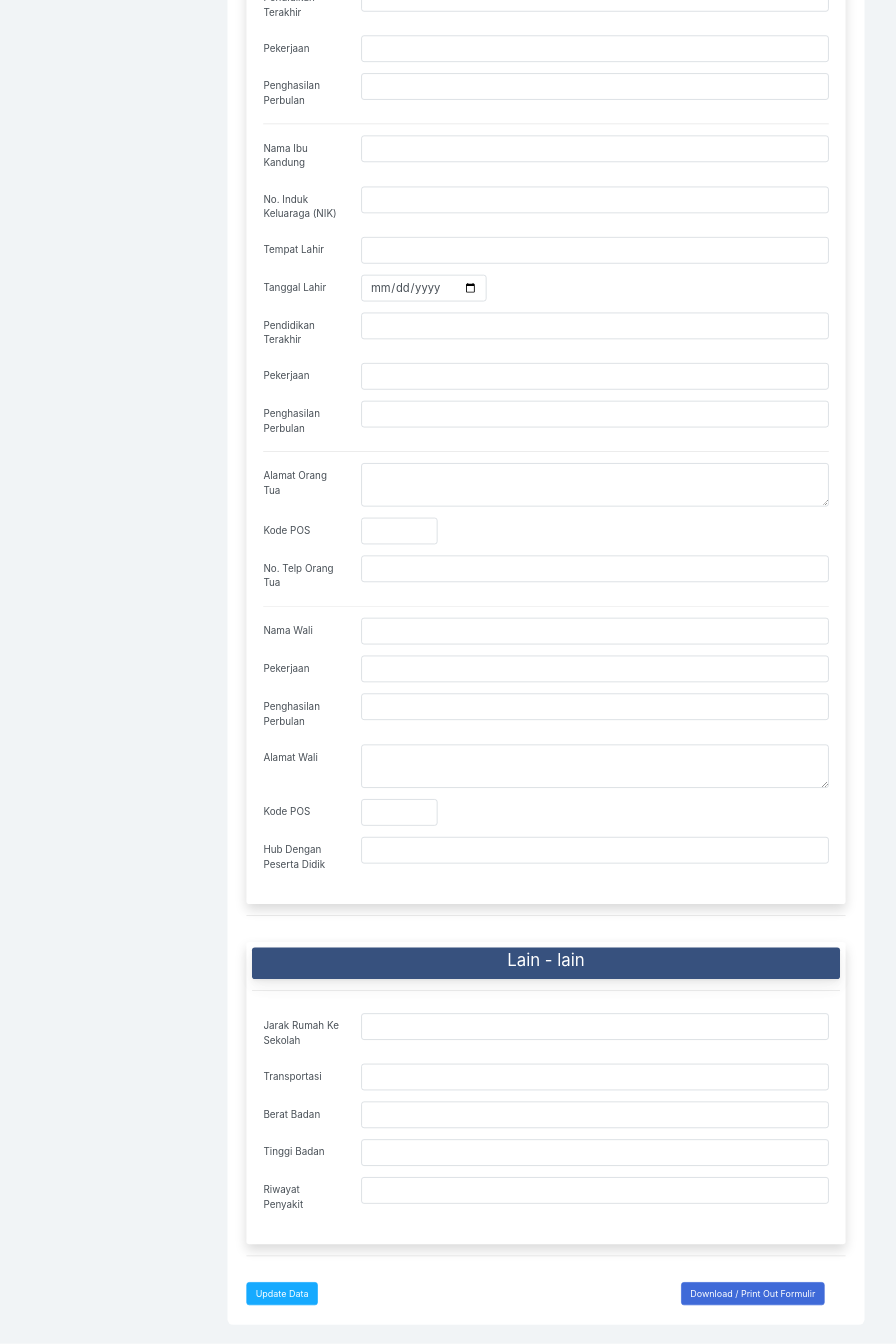
Repository: nooravipp-ux/ppdb-v-2
Page: resources/views/student/biodata.blade.php
An editor plug-in stored every save of this project. The page is shown before and after the next save, followed by the edit.
The browser window is 1280 px wide. The pictures show the part of the page from y = 2291 to 4211 px (the page is 4211 px tall), at 70% of full size.
The page is served by the project's Laravel application, run on PHP 8.4 with Laravel 8. The first stored user is signed in. The database holds what the project's SQL file puts in it. The template is opened directly, without the code that normally fills it, so the values that code supplies are empty.

Above is the page before, as saved 2021-08-27 10:07:50.
Console error: TypeError: Cannot read properties of undefined (reading 'disp')

After the next save:
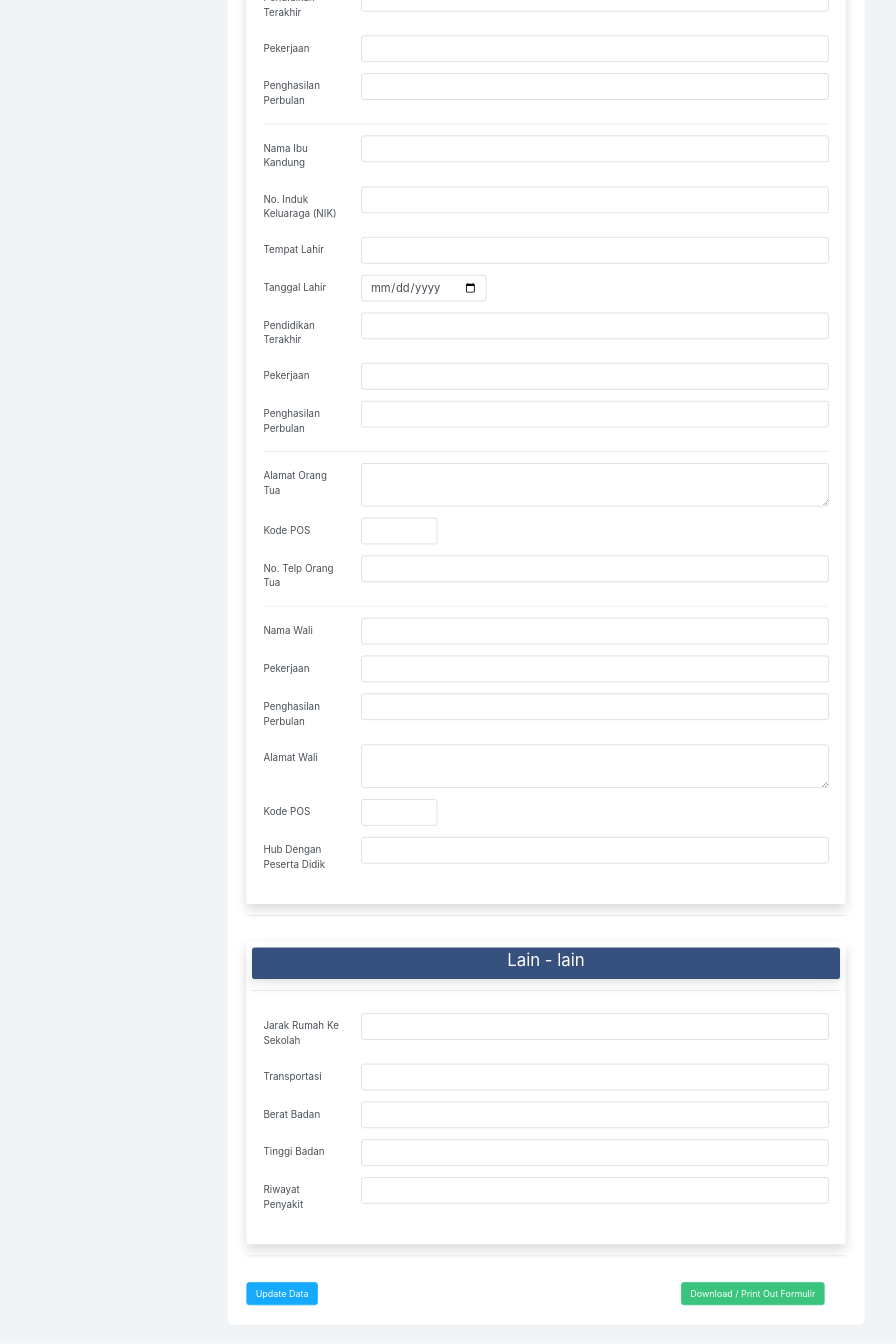
Saved 7 s later.
--- a/resources/views/student/biodata.blade.php
+++ b/resources/views/student/biodata.blade.php
@@ -514,7 +514,7 @@
 
             <div class=" container row text-center">
                 <button type="submit" class="btn btn-info">Update Data</button> <hr>
-                <button class="btn btn-primary"> Download / Print Out Formulir</button>
+                <button class="btn btn-success"> Download / Print Out Formulir</button>
             </div>
 
         </form>
